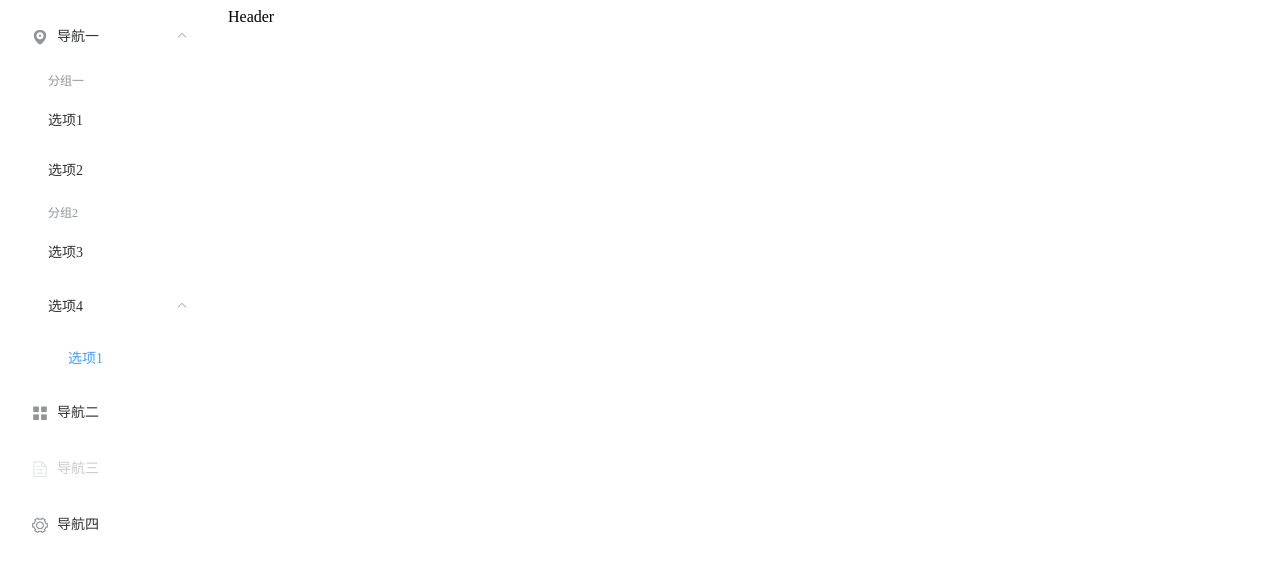
Repository: Francis200214/my-app
Page: /
These files come from the project's save history. The page is drawn as it stood at one moment and after the next save; the edit follows.
The browser window is 1280 px wide. The pictures show the whole page.
The project was rebuilt for these pictures with package versions that can differ from the ones it lists, and the page was loaded fresh each time. Also part of the build but not shown: vue.config.js, src/views/Home.vue, src/views/User.vue.

Above is the page before, as saved 2023-05-20 15:11:42.

### src/main.js
import Vue from 'vue'
import App from './App.vue'
import ElementUI from 'element-ui';
import 'element-ui/lib/theme-chalk/index.css';
import router from './router'


Vue.config.productionTip = false

// 全局引入Element UI
Vue.use(ElementUI);


// 按需引入Element UI
// Vue.use(Row);
// Vue.use(Button);


new Vue({
  router,
  render: h => h(App),
}).$mount('#app')

### src/App.vue
<template>
  <div id="app">
    <router-view></router-view>
  </div>
</template>

<script>

export default {
  name: 'App'
}
</script>

### src/router/index.js
import Vue from 'vue'
import VueRouter from 'vue-router'

// 1、引入组件
import Main from '../views/Main.vue'
import Home from '../views/Home.vue'
import User from '../views/User.vue'

// 引入Vue-Router
Vue.use(VueRouter);

// 2、路由与组件映射
const routes = [
    {
        path: '/',
        component: Main,
        children: [
            { path: '/home', component: Home },
            { path: '/user', component: User }
        ]
    }

]

// 3、创建Router实例
const router = new VueRouter({
    routes // (缩写) 相当于 routes: routes
})

// 4、将 router 暴露
export default router

### src/views/Main.vue
<template>
    <div>
        <el-container>
        <el-aside width="200px">
            <common-aside/>
        </el-aside>
        <el-container>
            <el-header>Header</el-header>
            <el-main>
                <router-view></router-view>
            </el-main>
        </el-container>
        </el-container>
    </div>
</template>
<script>
import CommonAside from '../components/CommonAside.vue'

export default {
    data() {
        return {}
    },
    components: {
        CommonAside
    }
}
</script>

### src/components/CommonAside.vue
<template>
    <div>
        <el-menu default-active="1-4-1" class="el-menu-vertical-demo" @open="handleOpen" @close="handleClose" :collapse="isCollapse">
        <el-submenu index="1">
            <template slot="title">
                <i class="el-icon-location"></i>
                <span slot="title">导航一</span>
            </template>
            <el-menu-item-group>
                <span slot="title">分组一</span>
                <el-menu-item index="1-1">选项1</el-menu-item>
                <el-menu-item index="1-2">选项2</el-menu-item>
            </el-menu-item-group>
            <el-menu-item-group title="分组2">
                <el-menu-item index="1-3">选项3</el-menu-item>
            </el-menu-item-group>
            <el-submenu index="1-4">
                <span slot="title">选项4</span>
                <el-menu-item index="1-4-1">选项1</el-menu-item>
            </el-submenu>
        </el-submenu>
        <el-menu-item index="2">
            <i class="el-icon-menu"></i>
            <span slot="title">导航二</span>
        </el-menu-item>
        <el-menu-item index="3" disabled>
            <i class="el-icon-document"></i>
            <span slot="title">导航三</span>
        </el-menu-item>
        <el-menu-item index="4">
            <i class="el-icon-setting"></i>
            <span slot="title">导航四</span>
        </el-menu-item>
        </el-menu>
    </div>
</template>

<style>
  .el-menu-vertical-demo:not(.el-menu--collapse) {
    width: 200px;
    min-height: 400px;
  }
</style>

<script>
  export default {
    data() {
      return {
        isCollapse: false
      };
    },
    methods: {
      handleOpen(key, keyPath) {
        console.log(key, keyPath);
      },
      handleClose(key, keyPath) {
        console.log(key, keyPath);
      }
    }
  }
</script>

Loaded but not shown: public/index.html (common file)

After the next save:
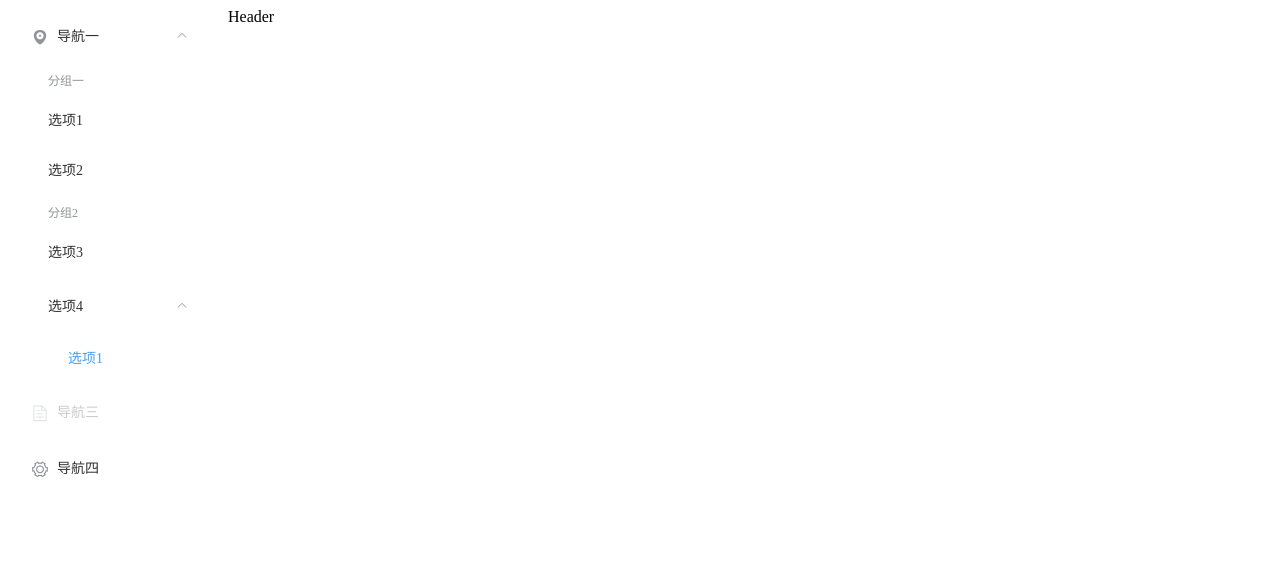
Saved 55 s later.
--- a/src/components/CommonAside.vue
+++ b/src/components/CommonAside.vue
@@ -19,10 +19,7 @@
                 <el-menu-item index="1-4-1">选项1</el-menu-item>
             </el-submenu>
         </el-submenu>
-        <el-menu-item index="2">
-            <i class="el-icon-menu"></i>
-            <span slot="title">导航二</span>
-        </el-menu-item>
+
         <el-menu-item index="3" disabled>
             <i class="el-icon-document"></i>
             <span slot="title">导航三</span>
